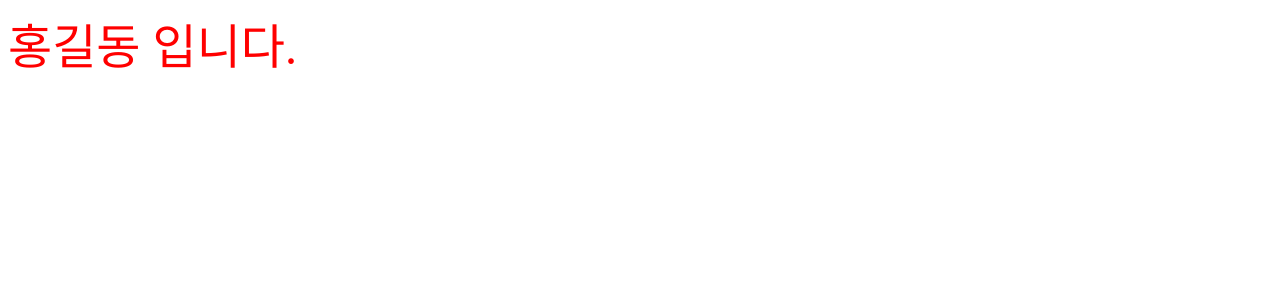
Repository: hb6700/client
Page: ClientTest/src/main/webapp/html/ex03_basic.html
An editor plug-in stored every save of this project. The page is shown before and after the next save, followed by the edit.
The browser window is 1280 px wide. The pictures show the whole page.

Above is the page before, as saved 2023-09-19 06:20:48.

### ClientTest/src/main/webapp/html/ex03_basic.html
<!DOCTYPE html>
<html>
	<head>
		<meta charset="UTF-8">
		<title>ex03_basic</title>
	</head>
	<body>
		<!--
		HTML언어 구성 요소
		1. 태그(Tag), 엘리먼트(Element)
			- 예약어(명령어)를 <>로 묶어 놓은 요소
			- 출력될 웹 페이지의 골격 형성
				- 레이아웃 형성
				- 요소를 배치
			- 출력과 관계된 행동을 한다.

			1.1 태그 표현 방식
				a. <태그명> 내용물 영역 어떤 무언가 하고싶은 이야기 </태그명>
					- 쌍태그
					- <태그명> : 시작태그
					- </태그명> : 끝태그
					- 영역을 가지는 태그
				b. <태그명>, <태그명></태그명>, <태그명 />
					- 단독태그, 빈태그(empty tag)
					- 영역을 가지지 않는 태그
			1.2 태그 내용물 형식(Content Type)
				- <태그명> 내용물 </태그명>
				a. 자식태그
					- 또 다른 태그들이 내용물로 올 수 있다.
					- 문자열은 올 수 없다.
				b. PCDATA(Parsed Character Data > 문자열)
					- 문자열만 올 수 있다.
					- 자식태그는 올 수 없다.
				c. Empty
					- 아무것도 가지지 않는다.
					- 단독태그, 빈태그
				d. Mixed
					- 혼합형
					- 자식으로 태그와 문자열이 모두 올 수 있다.
					- a + b + c
					- HTML태그 대부분이 혼합형이다.
		2. 속성(Attribute)
			- 태그의 성질을 정의하는 요소
			- 태그가 가지는 데이터의 한 종류
			- 용도 : 태그의 성질을 정의하는 데이터
		3. 텍스트(PCDATA)
			- 태그가 가지는 데이터의 한 종류
			- 용도 : 화면에 출력하는 데이터


		4. 엔티티(Entity)
		5. 주석(Comment)
		6. 선언문(Declare)
		7. 외부요소
		8. 등…
		-->

		<font size = "7" color = "red" > 홍길동 입니다.</font>
	</body>
</html>

After the next save:
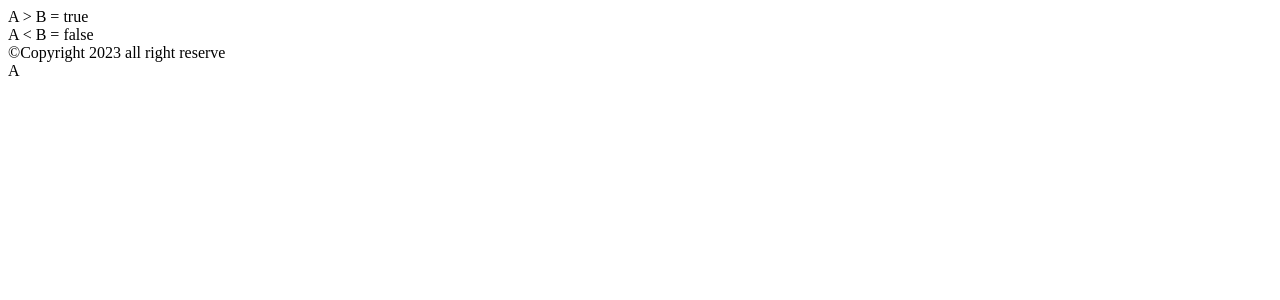
Saved 12 min 54 s later.
--- a/ClientTest/src/main/webapp/html/ex03_basic.html
+++ b/ClientTest/src/main/webapp/html/ex03_basic.html
@@ -43,18 +43,44 @@
 			- 태그의 성질을 정의하는 요소
 			- 태그가 가지는 데이터의 한 종류
 			- 용도 : 태그의 성질을 정의하는 데이터
+			- 표기법
+				a.
+				- <시작태그 속성명="값"></끝태그>
+				- <시작태그 속성명="값" 속성명="값" 속성명="값"></끝태그>
+				b.
+				- <단독태그 속성명="값">
+				c.
+				- <시작태그 속성명="값"></끝태그>	: 사용O
+				- <시작태그 속성명='값'></끝태그>	: 사용O
+				- <시작태그 속성명=값></끝태그>		: 절대 사용금지(사용X) > 실행은 댐ㅇㅇ
 		3. 텍스트(PCDATA)
 			- 태그가 가지는 데이터의 한 종류
 			- 용도 : 화면에 출력하는 데이터
+		4. 엔티티(Entity)
+			- 브라우저와 정해진 약속이 되어있는 표현 > 약속된 표현을 작성하면 브라우저가 화면에 출력하기 전에 약속된 표현으로 바꿔서 출력한다. > Built-in Entity
+			- &엔티티명;
+			- &nbsp;	-> 공백1개(space-bar)
+			- &lt;		-> less then('>')
+			- &gt;		-> greater then('<')
 
-
-		4. 엔티티(Entity)
+			- 더있으니까 직접 찾아봐
+			- &amp;		-> '&'
+			- &copy;
+			- &#문자코드;
 		5. 주석(Comment)
+			-
 		6. 선언문(Declare)
 		7. 외부요소
 		8. 등…
 		-->
 
-		<font size = "7" color = "red" > 홍길동 입니다.</font>
+		<!-- <font size = "7" color = "red" > 홍길동 입니다.</font> -->
+		<font> A &gt; B = true </font>
+		<br>
+		<font> A &lt; B = false </font>
+		<br>
+		&copy;Copyright 2023 all right reserve
+		<br>
+		&#65;	<!-- 'A' -->
 	</body>
 </html>
